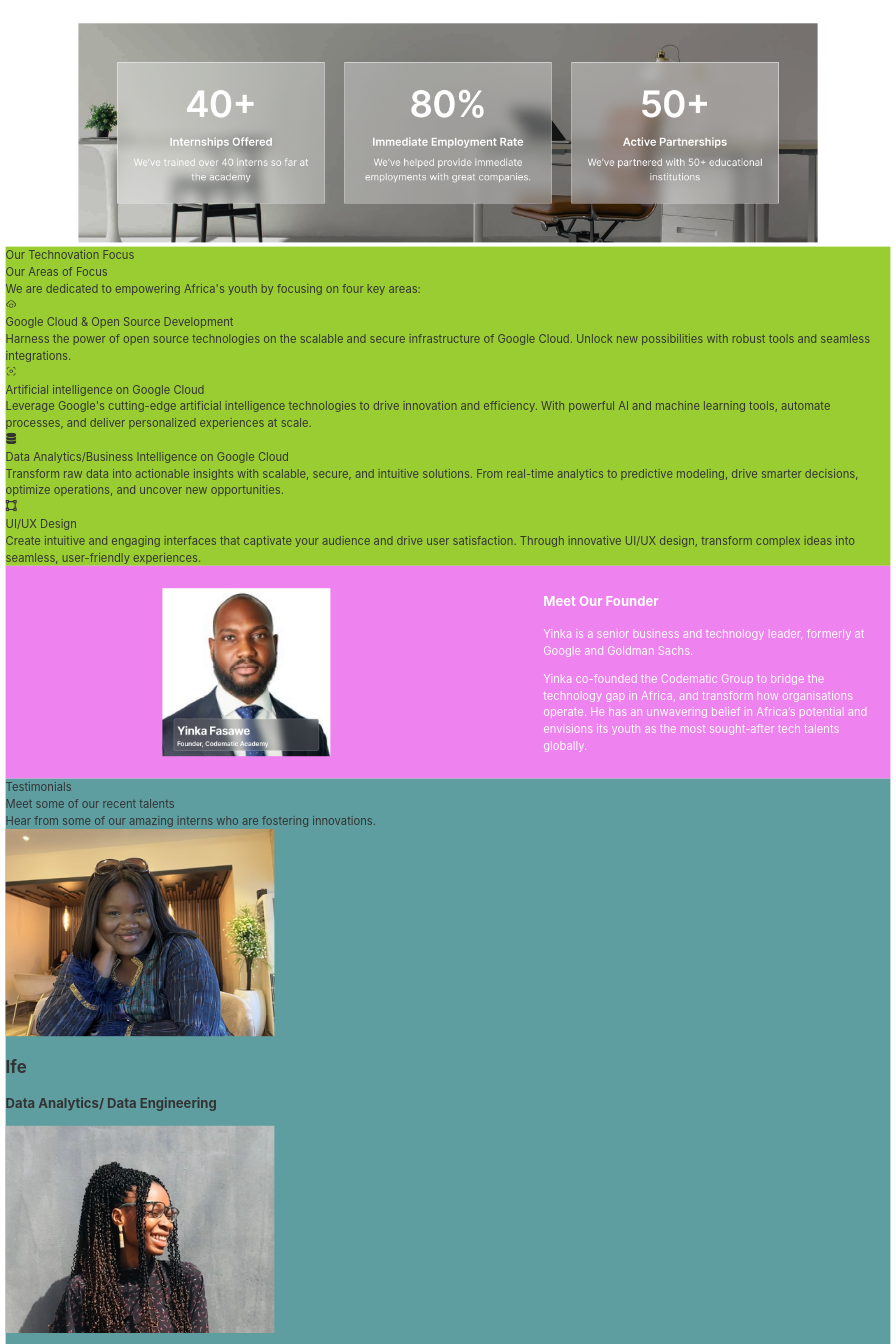
Repository: Gabriel221-dev/Codematic-page
Page: /
These files come from the project's save history. The page is drawn as it stood at one moment and after the next save; the edit follows.
The browser window is 1280 px wide. The pictures show the part of the page from y = 1855 to 3775 px (the page is 4616 px tall), at 70% of full size.
The project was rebuilt for these pictures with package versions that can differ from the ones it lists, and the page was loaded fresh each time. Also part of the build but not shown: vite.config.js.

Above is the page before, as saved 2024-07-25 12:04:28.

### src/App.jsx
import "./App.css";
import Home from "./pages/home";
import Header from "./components/Header";
import Footer from "./components/Footer";
import { BrowserRouter as Router, Route, Routes } from "react-router-dom";
import "./styles/global.css";

const App = () => {
  return (
    <Router>
      <Header />
      <main>
        <Routes>
          <Route path="/" element={<Home />} />
        </Routes>
      </main>
      <Footer />
    </Router>
  );
};

export default App;

### src/index.css
:root {
  font-family: Inter, system-ui, Avenir, Helvetica, Arial, sans-serif;
  line-height: 1.5;
  font-weight: 400;
  padding: 0 0;

  /* color-scheme: light dark;
  background-color: #242424;
  background-color:turquoise; */

}

### src/App.css
#root {
  max-width: 1280px;
  margin: 0 auto;
  /* padding: 2rem;
  text-align: center;
  background-color:bisque */

}

### src/components/Header.jsx
import { useState } from "react";
import { NavLink } from "react-router-dom";
import { FaBars } from "react-icons/fa";
import Sidebar from "./Sidebar";
import "./Header.css";
import { IconContext } from "react-icons";

const Header = () => {
  const [isSidebarToggled, setSidebarToggled] = useState(false);

  const handleToggle = () => {
    setSidebarToggled((prev) => !prev);
  };

  return (
    <>
      <IconContext.Provider value={{ color: "#fff" }}>
        <header className="header">
          <nav className="header__nav">
            <NavLink className="header__brand" to="/">
              <img
                className="header__logo"
                src="/public/Images/codematic-logo-dark-1536x351.png.png"
                alt="Logo"
                loading="eager"
                width="160"
              />
            </NavLink>

            <ul className="header__navigation">
              <li className="header__link">
                <NavLink
                  className={({ isActive }) =>
                    isActive
                      ? "header__anchor header__anchor--active"
                      : "header__anchor"
                  }
                  to="/"
                >
                  Home
                </NavLink>
              </li>
              <li className="header__link">
                <NavLink
                  className={({ isActive }) =>
                    isActive
                      ? "header__anchor header__anchor--active"
                      : "header__anchor"
                  }
                  to=""
                >
                  About Us
                </NavLink>
              </li>
              <li className="header__link">
                <NavLink
                  className={({ isActive }) =>
                    isActive
                      ? "header__anchor header__anchor--active"
                      : "header__anchor"
                  }
                  to=""
                >
                  Focus Areas
                </NavLink>
              </li>
              <li className="header__link">
                <NavLink
                  className={({ isActive }) =>
                    isActive
                      ? "header__anchor header__anchor--active"
                      : "header__anchor"
                  }
                  to=""
                >
                  Our Goals
                </NavLink>
              </li>
              <li className="header__link">
                <NavLink
                  className={({ isActive }) =>
                    isActive
                      ? "header__anchor header__anchor--active"
                      : "header__anchor"
                  }
                >
                  Testimonies
                </NavLink>
              </li>
              <NavLink className="header__btn" to="/contact">
                Apply Now
              </NavLink>
            </ul>

            <button
              className="header__menu"
              title="Toggle Menu"
              onClick={handleToggle}
            >
              <FaBars />
            </button>
          </nav>
          <Sidebar isOpen={isSidebarToggled} onToggle={handleToggle} />
        </header>
      </IconContext.Provider>
    </>
  );
};

export default Header;

### src/components/Footer.jsx
import { Link } from "react-router-dom";
import "./Footer.css";

const Footer = () => {
  return (
    <footer className="footer">
      <div className="footer__content">
        <div className="footer__pages">
          <img
            className="footer__logo"
            src="/public/Images/codematic-logo-dark-1536x351.png.png"
            alt="Logo"
            loading="lazy"
            width="160"
          />

          <ul className="footer__navigation">
            <li className="footer__link">
              <Link className="link-anchor footer__anchor" to="/">
                About Us
              </Link>
            </li>
            <li className="footer__link">
              <Link className="link-anchor footer__anchor" to="/about">
                Contact Us
              </Link>
            </li>
            <li className="footer__link">
              <Link className="link-anchor footer__anchor" to="/about">
                Privacy Policy
              </Link>
            </li>
          </ul>
        </div>

        {/* <div className="footer__more">
          <div className="footer__socials">
            <a href="#" aria-label="Facebook" className="footer__social">
              <svg
                className="footer__icon"
                xmlns="http://www.w3.org/2000/svg"
                width="24"
                height="24"
              >
                <path
                  fill="#FFF"
                  d="M22.675 0H1.325C.593 0 0 .593 0 1.325v21.351C0 23.407.593 24 1.325 24H12.82v-9.294H9.692v-3.622h3.128V8.413c0-3.1 1.893-4.788 4.659-4.788 1.325 0 2.463.099 2.795.143v3.24l-1.918.001c-1.504 0-1.795.715-1.795 1.763v2.313h3.587l-.467 3.622h-3.12V24h6.116c.73 0 1.323-.593 1.323-1.325V1.325C24 .593 23.407 0 22.675 0z"
                />
              </svg>
            </a>
            <a href="#" aria-label="Pinterest" className="footer__social">
              <svg
                className="footer__icon"
                xmlns="http://www.w3.org/2000/svg"
                width="24"
                height="24"
              >
                <path
                  fill="#FFF"
                  d="M12 0C5.373 0 0 5.372 0 12c0 5.084 3.163 9.426 7.627 11.174-.105-.949-.2-2.405.042-3.441.218-.937 1.407-5.965 1.407-5.965s-.359-.719-.359-1.782c0-1.668.967-2.914 2.171-2.914 1.023 0 1.518.769 1.518 1.69 0 1.029-.655 2.568-.994 3.995-.283 1.194.599 2.169 1.777 2.169 2.133 0 3.772-2.249 3.772-5.495 0-2.873-2.064-4.882-5.012-4.882-3.414 0-5.418 2.561-5.418 5.207 0 1.031.397 2.138.893 2.738a.36.36 0 01.083.345l-.333 1.36c-.053.22-.174.267-.402.161-1.499-.698-2.436-2.889-2.436-4.649 0-3.785 2.75-7.262 7.929-7.262 4.163 0 7.398 2.967 7.398 6.931 0 4.136-2.607 7.464-6.227 7.464-1.216 0-2.359-.631-2.75-1.378l-.748 2.853c-.271 1.043-1.002 2.35-1.492 3.146C9.57 23.812 10.763 24 12 24c6.627 0 12-5.373 12-12 0-6.628-5.373-12-12-12z"
                />
              </svg>
            </a>
            <a href="#" aria-label="Twitter" className="footer__social">
              <svg
                className="footer__icon"
                xmlns="http://www.w3.org/2000/svg"
                width="24"
                height="20"
              >
                <path
                  fill="#FFF"
                  d="M24 2.557a9.83 9.83 0 01-2.828.775A4.932 4.932 0 0023.337.608a9.864 9.864 0 01-3.127 1.195A4.916 4.916 0 0016.616.248c-3.179 0-5.515 2.966-4.797 6.045A13.978 13.978 0 011.671 1.149a4.93 4.93 0 001.523 6.574 4.903 4.903 0 01-2.229-.616c-.054 2.281 1.581 4.415 3.949 4.89a4.935 4.935 0 01-2.224.084 4.928 4.928 0 004.6 3.419A9.9 9.9 0 010 17.54a13.94 13.94 0 007.548 2.212c9.142 0 14.307-7.721 13.995-14.646A10.025 10.025 0 0024 2.557z"
                />
              </svg>
            </a>
          </div>
          <p className="footer__copy paragraph-2">
            Copyright 2020. All Rights Reserved
          </p>
        </div> */}
      </div>
    </footer>
  );
};

export default Footer;

### src/styles/global.css
* {
    /* margin: 0; */
    padding: 0;
    /* box-sizing: border-box; */
  }

  body {
    /* font-family: "Livvic", sans-serif; */
    /* line-height: 1.6; */
    color: #333;
    background-color: white;
  }

### src/pages/Home.css
/* .Home{
    padding: 1rem;
    background-color:green;
} */
.Home-1{
    /* background-color:red; */
    text-align: center;
}
.mark{
    background-color:white;
    border-radius:12px;
    font-size: .6rem;
    padding:.1rem;
    margin-right: .5rem;
}
.academy-1{
    font-size: .6rem;
    background-color: lightcyan;
    border-radius:12px;
    padding: .3rem;
    text-decoration: none;
}
.heading-sub-1{
      text-align: center;
}
.heading-1{
    width: 45rem;
    height: 12.7rem;
    font-size: 2.8rem;
    justify-content: center;
    align-items: center;
    margin: 0 auto;
    font-weight: 600;
    background-color:white;
}
.sub-heading-1{
    font-size: .9rem;
    height: 120px;
    width: 20rem;
    justify-content: center;
    align-items: center;
    margin: 0 auto;
}
.action{
    gap: 12px;
    text-decoration: none;
}
.apply-heading{
    background-color:#DEE0FF;
    text-align: center;
    margin: 0 1rem;
    padding: .2rem;
    border-radius: 3px;
    text-decoration: none;
}

.learn-heading{
    background-color: blue;
    text-align: center;
    padding: .2rem;
    border-radius: 3px;
    text-decoration: none;
}

.Home-1 img{
    background-color:none;
    width: 65rem;
    height: 516px;
    padding: 1rem;
    margin: 2.9rem 0;
}


.Home-2{
    /* background-color:brown; */
    display: flex;
    justify-content: space-between;
    height: 37rem;
}

.heading-sub-2{
    background-color:red;
    font-size: 1.4rem;
    font-style: normal;
    color: #fff;
    text-align: left;
    max-width: 30rem;
    text-align: left;
    height: 35rem;
    padding: 0 0 0 4rem;
    margin: 0 0 0 2rem;
}

.sub-heading-2{
    font-size: 1rem;
    color:blue;
}

.heading-2{
    font-size: 1.8rem;
    font-weight: 500;
    color:blue;
}

.home-chair{
    flex: 1;
}


.text-2{
    font-size: 1rem;
    color:black;
}

.apply-now-2{
    background-color:blue;
    margin-top:1.8rem;
    padding: .7rem 2rem .7rem 0;
    font-size: .7rem;
    color:white;
    width: 7rem;
}

.Home-2 .img{
    flex: 1;
    display: flex;
    justify-content: center;
}

.Home-2 img{
    display: flex;
    align-items: center;
    text-align: left;
    height: 35rem;
    width: 32rem;
    margin: 0 2.9rem 0 0;
}


.Home-3{
    /* background-color:chocolate; */
    text-align: center;
}

.heading-sub-3{
    padding: 2.5rem;
}

.sub-3{
    color:blue;
    font-size: .7rem;
}

.heading-3{
    color:black;
    font-size: 1.6rem;
    font-weight: 700;
}

.text-3{
    font-size: 1.1rem;
    width:40rem;
    display: flex;
    margin: 0 auto;
}

.Home-3 img{
    width: 66rem;
}

.Home-4{
    background-color:yellowgreen;
}

.Home-5{
    background-color:violet;
}

/* .Home-5 .article{

}

.Home-5 .img{

}

.Home-5 img{

} */

.Home-5 {
    display: flex;
    justify-content: space-between;
    align-items: center;
}
.Home-5 .heading-sub-5 {
    font-style: normal;
    color: #fff;
    text-align: left;
    max-width: 30rem;
    text-align: left;
    /* height: 35rem; */
    padding: 0 1rem 0 0;
}

.Home .article{
    flex: 1;
}

.Home-5 .img{
    flex: 1;
    display: flex;
    justify-content: center;
}

.Home-5 img{
    display: flex;
    align-items: center;
    text-align: left;
    height: 15rem;
    width: 15rem;
    margin: 0 5rem 0 0;
    padding: 2rem 0;
}



.Home-6{
    background-color:cadetblue;
}

.Home-7{
    background-color:goldenrod;
}

### src/components/Sidebar.jsx
import PropTypes from "prop-types";
import { useNavigate } from "react-router-dom";
import { AiOutlineClose } from "react-icons/ai";
import "./Sidebar.css";
import { IconContext } from "react-icons";

const Sidebar = ({ isOpen, onToggle }) => {
  const navigate = useNavigate();

  const handleNavigate = (path) => {
    navigate(path);
    onToggle();
  };

  return (
    <IconContext.Provider value={{ color: "#fff" }}>
      <div className={`sidebar ${isOpen ? "sidebar--open" : ""}`}>
        <div className="sidebar__overlay" onClick={onToggle}></div>
        <div className="sidebar__content">
          <div className="sidebar__header">
            <button
              className="sidebar__close"
              title="Close Menu"
              onClick={onToggle}
            >
              <AiOutlineClose />
            </button>
          </div>

          <ul className="sidebar__navigation">
            <li className="sidebar__link">
              <button
                className="sidebar__anchor"
                onClick={() => handleNavigate("/")}
              >
                Home
              </button>
            </li>

            <li className="sidebar__link">
              <button
                className="sidebar__anchor"
                onClick={() => handleNavigate()}
              >
                About Us
              </button>
            </li>
            <li className="sidebar__link">
              <button
                className="sidebar__anchor"
                onClick={() => handleNavigate()}
              >
                Focus Areas
              </button>
            </li>
            <li className="sidebar__link">
              <button
                className="sidebar__anchor"
                onClick={() => handleNavigate()}
              >
                Testimonies
              </button>
            </li>
          </ul>

          <button className="sidebar__btn" onClick={() => handleNavigate()}>
            Apply Now
          </button>
        </div>
      </div>
    </IconContext.Provider>
  );
};

Sidebar.propTypes = {
  isOpen: PropTypes.bool.isRequired,
  onToggle: PropTypes.func.isRequired,
};

export default Sidebar;

### src/components/Header.css
.header {
    background-color: white;
    height: 1.55rem;
    display: flex;
    justify-content: space-between;
    align-items: center;
    padding: 1rem 7rem;
  }

  @media only screen and (max-width: 850px) {
    .header {
        background-color:black;
      height: 150px;
      /* background-color:red; */
      align-items:left;
    }
  }

  @media only screen and (max-width: 576px) {
    .header {
      height: 128px;
    }
  }

  .header__nav {
    /* display: flex;
    align-items: center;
    gap: 8rem; */
    grid-column: center-start / center-end;
    display: grid;
    grid-template-columns: max-content 1fr max-content;
    align-items: center;
    column-gap: 8rem;

    @media only screen and (max-width: 768px) {
      column-gap: 4rem;
    }

    @media only screen and (max-width: 576px) {
        grid-template-columns: repeat(2, 1fr);
        column-gap: 0;
    }
  }

  .header__logo {
    max-width: 158px;

    @media only screen and (max-width: 768px) {
      margin-right: 14rem;
      margin-left: -5rem;
    }
  }

  .header__navigation {
    list-style: none;
    display: flex;
    margin: 0;
    padding: 0;
    text-decoration: none;

    @media only screen and (max-width: 820px) {
      display: none;
    }
  }

  .header__link {
    margin-right: 2rem;
    text-decoration: none;
  }

  /* .header:last-child {
    margin-right: 0;
  } */

  .header__anchor {
    font-size: .89rem;
    text-decoration: none;
    color: #333;
    font-weight: bold;
  }

  .header__anchor:hover{
    text-decoration: none;
  }

  .header__anchor--active {
    color: black;
}

  .header__btn {
    font-size: .7rem;
    background-color: blue;
    border: 2px solid #fff;
    width: 4rem;
    border-radius:5px;
    color: #fff;
    padding: 0.5rem .5rem;
    margin-left: 2rem;
    text-decoration: none;
    display: inline-block;
    cursor: pointer;
    justify-self: end;

    @media only screen and (max-width: 820px) {
      display: none;
    }
  }

  .header__btn:hover{
    background-color:white;
    color:#004953;
    text-decoration: none;
    border-radius:16px;
    transform: scale(1.05);
    transition: transform 0.6s ease-in-out, border-bottom 0.6s ease;
  }

  .header__menu {
    display: none;

    @media only screen and (max-width: 820px) {
      display: flex;
      width: 50px;
      height: 28px;
      padding: .1rem;
      border: 0;
      outline: 0;
    }
  }

  .header__menu:hover{
    background:none;
  }

### src/components/Footer.css
.footer {
    background-color: rgb(4, 4, 55);
    display: grid;
    grid-template-rows: 48px auto 48px;
    padding: 1rem;
  }

  @media only screen and (max-width: 768px) {
    .footer {
      grid-template-rows: 50px repeat(1, min-content) 56px;
    }
  }

  @media only screen and (max-width: 650px) {
    .footer {
      grid-template-rows: 64px repeat(1, min-content) 64px;
    }
  }

  .footer__content {
    display: grid;
    grid-column: center-start / center-end;
    grid-template-columns: max-content 1fr max-content;
    column-gap: 12.5rem;
    grid-column: 2;
    grid-row: 2 / 3;
  }

  @media only screen and (max-width: 1024px) {
    .footer__content {
      column-gap: 8rem;
    }
  }

  @media only screen and (max-width: 768px) {
    .footer__content {
      grid-template-columns: repeat(1, 1fr);
      grid-template-rows: repeat(1, min-content);
      row-gap: 3.2rem;
    }
  }

  @media only screen and (max-width: 480px) {
    .footer__content {
      grid-template-columns: 1fr;
      grid-template-rows: repeat(1, min-content);
      /* row-gap: 2.4rem; */
    }
  }

  .footer__pages {
    display: flex;
    flex-direction: column;
    justify-content: space-between;
  }

  @media only screen and (max-width: 480px) {
    .footer__pages {
      grid-column: 1 / 3;
      grid-row: 1 / 2;
      justify-self: center;
      align-items: center;
    }
  }

  .footer__logo {
    width: 160px;
  }

  @media only screen and (max-width: 768px) {
    .footer__logo {
      width: 96px;
    }
  }

  @media only screen and (max-width: 480px) {
    .footer__logo {
      margin-bottom: 24px;
    }
  }

  .footer__navigation {
    list-style: none;
    display: flex;
    margin-bottom: 7px;
  }

  @media only screen and (max-width: 768px) {
    .footer__navigation {
      margin-bottom: 0;
    }
  }

  .footer__link {
    margin-right: 40px;
    transition: color 0.3s;
  }

  @media only screen and (max-width: 1024px) {
    .footer__link {
      margin-right: 24px;
    }
  }

  @media only screen and (max-width: 768px) {
    .footer__link {
      margin-right: 1rem;
      margin-bottom: 16px;
    }
  }

  .footer__link:hover {
    color: var(--light-coral);
  }

  .footer__anchor {
    text-decoration: none;
    color: white;
    font-size: 1.5rem;
    text-transform: uppercase;
  }

  @media only screen and (max-width: 768px) {
    .footer__anchor {
      font-size: 1.5rem;
    }
  }

  .footer__information {
    display: flex;
    flex-direction: column;
  }

  @media only screen and (max-width: 768px) {
    .footer__information {
      text-align: right;
      margin-bottom: 2px;
    }
  }

  @media only screen and (max-width: 480px) {
    .footer__information {
      grid-column: 1 / 3;
      grid-row: 2 / 3;
      text-align: center;
    }
  }

  .footer__text {
    color: white;
    mix-blend-mode: normal;
    opacity: 0.6;
  }

  .footer__more {
    display: flex;
    flex-direction: column;
    justify-content: space-between;
    align-items: flex-end;
  }

  @media only screen and (max-width: 768px) {
    .footer__more {
      grid-column: 1 / 3;
      grid-row: 2 / 3;
      flex-direction: row;
      align-items: center;
    }
  }

  @media only screen and (max-width: 480px) {
    .footer__more {
      grid-column: 1 / 3;
      grid-row: 3 / 4;
      flex-direction: column;
      margin-top: 16px;
    }
  }

  .footer__socials {
    display: flex;
    margin-bottom: 7px;
  }

  @media only screen and (max-width: 768px) {
    .footer__socials {
      line-height: 0;
    }
  }

  @media only screen and (max-width: 480px) {
    .footer__socials {
      margin-bottom: 16px;
    }
  }

  .footer__social {
    margin-right: 16px;
    transition: fill 0.3s;
  }

  .footer__icon {
    width: 24px;
    height: 24px;
  }

  .footer__copy {
    color: white;
  }

### src/components/Sidebar.css
.sidebar {
    display: none;
    width: 100%;
    height: 100%;
    position: fixed;
    top: 0;
    left: 0;
    z-index: 100;
    transition: all 0.3s ease;
  }

  .sidebar--open {
    display: grid;
    grid-template-columns: 1fr min-content;
  }

  .sidebar__overlay {
    grid-column: 1 / -1;
    grid-row: 1 / 2;
    background-color: rgba(0, 0, 0, 0.5);
    transition: background-color 0.3s ease;

  }

  .sidebar__content {
    grid-column: 2 / 3;
    grid-row: 1 / 2;
    background-color: #194c4c;
    width: 250px;
    display: grid;
    grid-template-rows: 128px repeat(2, min-content);
    grid-template-columns: 48px 1fr 25px;
    transition: width 0.3s ease;
    transition: width .4s ease;

  }

  .sidebar__header {
    grid-column: 2 / 3;
    justify-self: end;
    align-self: center;
  }

  .sidebar__close {
    background-color:#194c4c ;
    width: 30px;
    border: 0;
    outline: 0;
  }

  .sidebar__close:hover{
    background-color:#194c4c;
  }

  .sidebar__navigation {
    grid-column: 2 / 3;
    list-style: none;
    margin: 0;
    padding: 0;
  }

  .sidebar__link {
    margin-bottom: 2.4rem;
  }

  .sidebar__anchor {
    font-size: 1.1rem;
    color: #fff;
    background: transparent;
    border: none;
    text-decoration: none;
    cursor: pointer;
  }

  .sidebar__anchor:hover{
    background:none;
  }

  .sidebar__btn {
    grid-column: 2 / 3;
    background-color: transparent;
    border: 1px solid #fff;
    color: #fff;
    padding: 0.5rem 1rem;
    text-decoration: none;
    display: inline-block;
    cursor: pointer;
    width: 159px;
  }

  .sidebar__btn:hover{
    background:white;
    color:#194c4c;
    transform: scale(1.05);
    transition: transform 0.3s ease-in-out, border-bottom 0.6s ease;
  }

  .sidebar--open .sidebar__overlay {
    background-color: rgba(0, 0, 0, 0.5);
  }

  .sidebar--open .sidebar__content {
    width: 250px;
  }

  @media (max-width: 768px) {
    .header__menu {
      display: grid;
      background-color: transparent;
      width: 24px;
      border: 0;
      outline: 0;
      justify-self: end;
      align-self: center;
      margin-left: auto;
    }
  }

Loaded but not shown: index.html (common file); src/main.jsx (common file); src/pages/home.jsx (257 lines, source omitted)

After the next save:
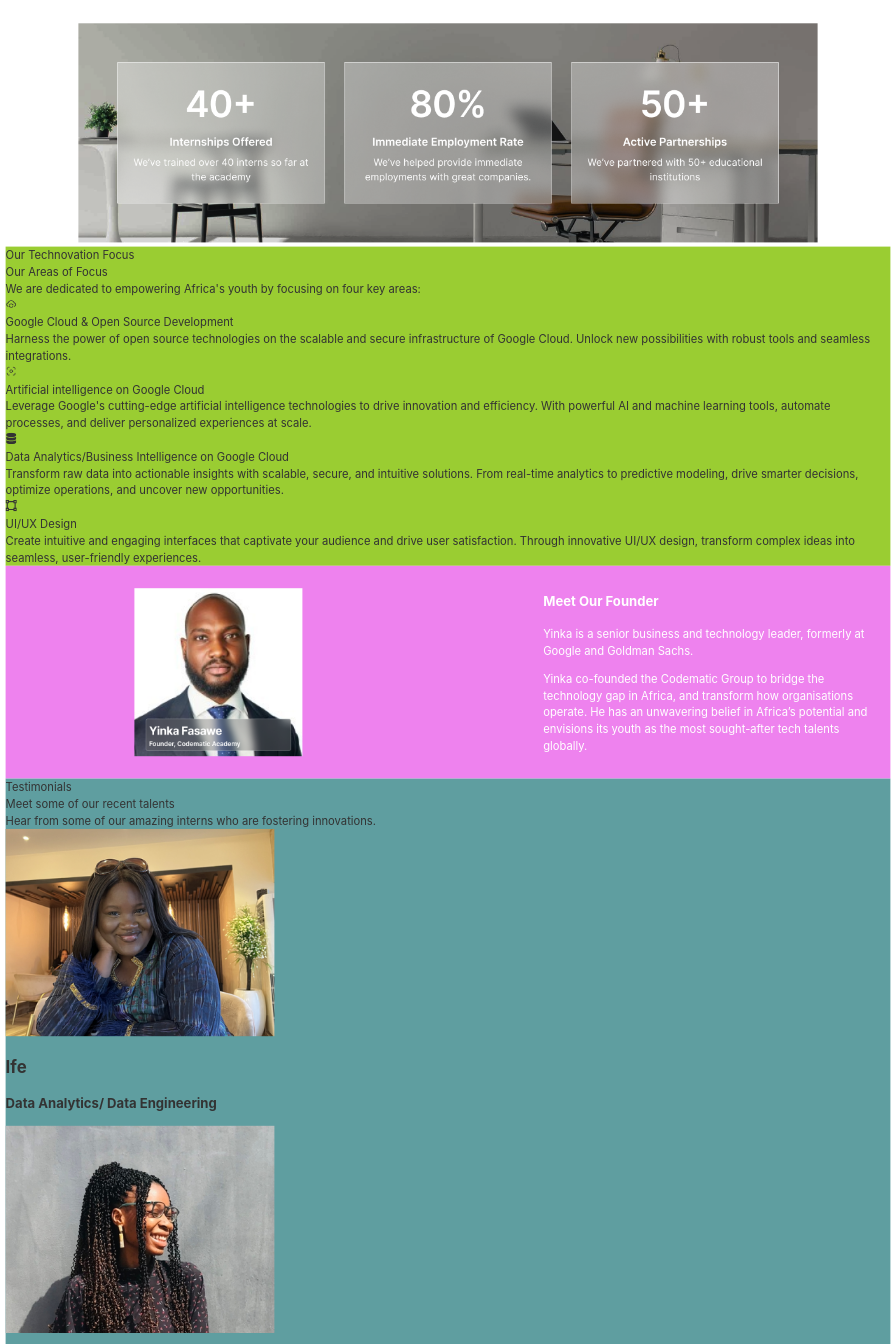
Saved 6 s later.
--- a/src/pages/Home.css
+++ b/src/pages/Home.css
@@ -219,7 +219,7 @@
     text-align: left;
     height: 15rem;
     width: 15rem;
-    margin: 0 5rem 0 0;
+    margin: 0 10rem 0 0;
     padding: 2rem 0;
 }
 
